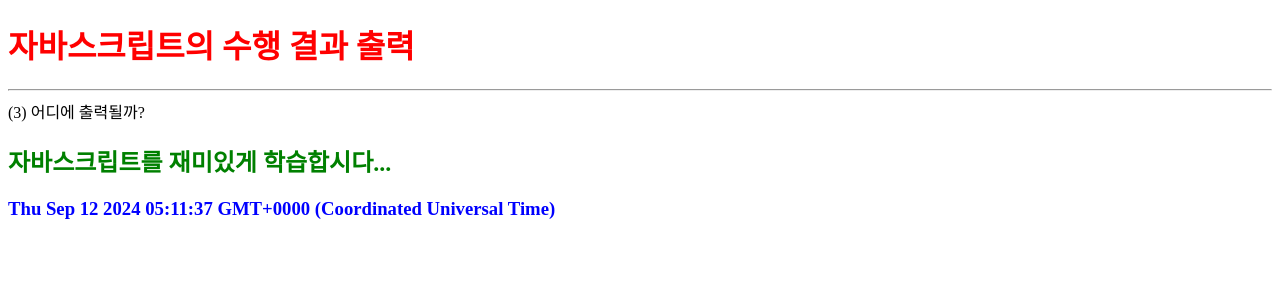
Repository: jhsnex123/web_study
Page: edu/src/main/webapp/jsexam/exam1_3.html
An editor plug-in stored every save of this project. The page is shown before and after the next save, followed by the edit.
The browser window is 1280 px wide. The pictures show the whole page.

Above is the page before, as saved 2024-09-20 02:57:04.

After the next save:
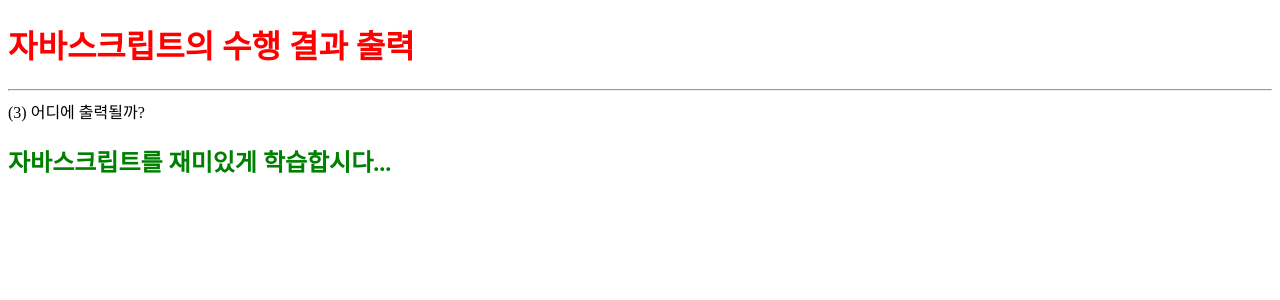
Console error: TypeError: window.setlnterval is not a function
Saved 2 min 43 s later.
--- a/edu/src/main/webapp/jsexam/exam1_3.html
+++ b/edu/src/main/webapp/jsexam/exam1_3.html
@@ -26,8 +26,8 @@
 <h2>자바스크립트를 재미있게 학습합시다...</h2>
 <h3></h3>
 <script>
-// DOM 기술을 활용하여 출력
-document.getElementsByTagName("h3")[0].textContent = new Date();//"(4) 어디에 출력될까?";
+
+window.setlnterval(function() {document.getElementsByTagName("h3")[0].textContent = new Date();},3000);
 </script>
 </body>
 </html>

After the 2 saves that followed:
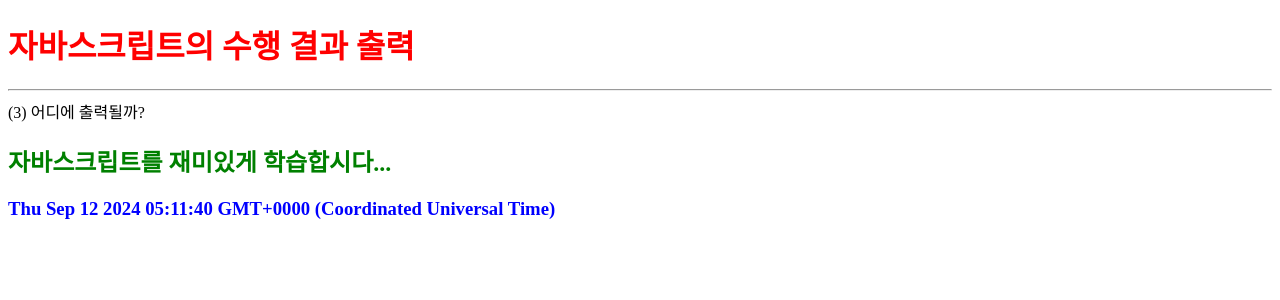
The error is gone.
The 2 saves are shown as one change because 1 left the picture as it was.
The last was saved 3 min 8 s later.
--- a/edu/src/main/webapp/jsexam/exam1_3.html
+++ b/edu/src/main/webapp/jsexam/exam1_3.html
@@ -26,8 +26,7 @@
 <h2>자바스크립트를 재미있게 학습합시다...</h2>
 <h3></h3>
 <script>
-
-window.setlnterval(function() {document.getElementsByTagName("h3")[0].textContent = new Date();},3000);
+window.setInterval(function() {document.getElementsByTagName("h3")[0].textContent = new Date();},3000);
 </script>
 </body>
 </html>
